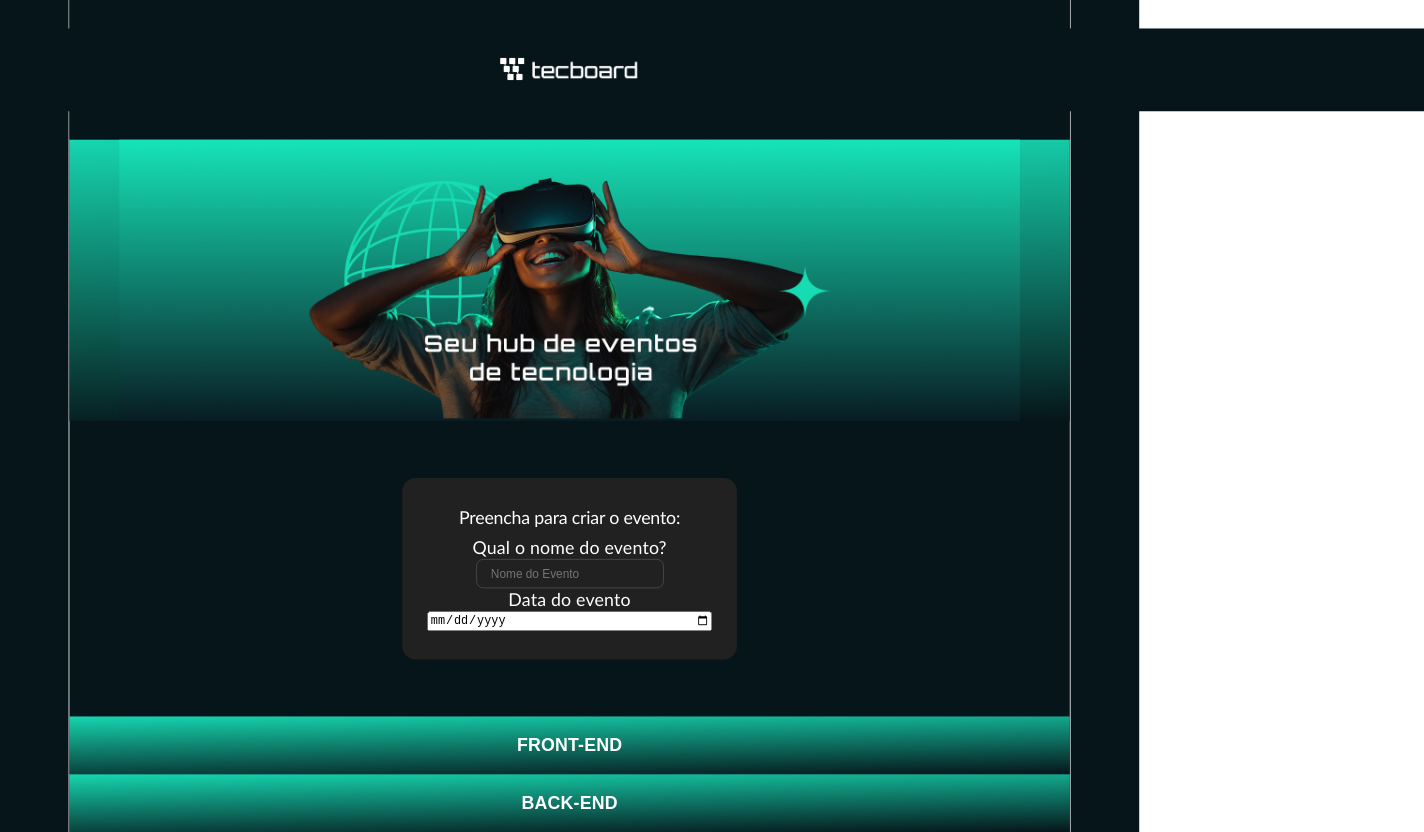
Repository: fernandadev12/techboard
Page: /
An editor plug-in stored every save of this project. The page is shown before and after the next save, followed by the edit.
The browser window is 1280 px wide. The page is 1600 px wide, so the pictures cover 1600 px, including what lies to the right of the window. The pictures show the whole page, at 89% of full size.
The project was rebuilt for these pictures with package versions that can differ from the ones it lists, and the page was loaded fresh each time. Also part of the build but not shown: vite.config.js.

Above is the page before, as saved 2026-06-14 14:52:43.

### index.html
<!doctype html>
<html lang="en">
  <head>
    <meta charset="UTF-8" />
    <link rel="icon" type="image/svg+xml" href="/favicon.svg" />
    <meta name="viewport" content="width=device-width, initial-scale=1.0" />
    <link rel="preconnect" href="https://fonts.googleapis.com" />
    <link rel="preconnect" href="https://fonts.gstatic.com" crossorigin />
    <link
      href="https://fonts.googleapis.com/css2?family=Orbitron:wght@400..900&display=swap"
      rel="stylesheet"
    />
    <title>techboard</title>
  </head>
  <body>
    <div id="root"></div>
    <script type="module" src="/src/main.jsx"></script>
  </body>
</html>

### src/index.css
:root {
  --text: #6b6375;
  --text-h: #08060d;
  --bg: #fff;
  --border: #e5e4e7;
  --code-bg: #f4f3ec;
  --accent: #aa3bff;
  --accent-bg: rgba(170, 59, 255, 0.1);
  --accent-border: rgba(170, 59, 255, 0.5);
  --social-bg: rgba(244, 243, 236, 0.5);
  --shadow:
    rgba(0, 0, 0, 0.1) 0 10px 15px -3px, rgba(0, 0, 0, 0.05) 0 4px 6px -2px;

  --sans: system-ui, "Segoe UI", Roboto, sans-serif;
  --heading: system-ui, "Segoe UI", Roboto, sans-serif;
  --mono: ui-monospace, Consolas, monospace;

  font: 18px/145% var(--sans);
  letter-spacing: 0.18px;
  color-scheme: light dark;
  color: var(--text);
  background: var(--bg);
  font-synthesis: none;
  text-rendering: optimizeLegibility;
  -webkit-font-smoothing: antialiased;
  -moz-osx-font-smoothing: grayscale;

  @media (max-width: 1024px) {
    font-size: 16px;
  }
}

@media (prefers-color-scheme: dark) {
  :root {
    --text: #9ca3af;
    --text-h: #f3f4f6;
    --bg: #16171d;
    --border: #2e303a;
    --code-bg: #1f2028;
    --accent: #c084fc;
    --accent-bg: rgba(192, 132, 252, 0.15);
    --accent-border: rgba(192, 132, 252, 0.5);
    --social-bg: rgba(47, 48, 58, 0.5);
    --shadow:
      rgba(0, 0, 0, 0.4) 0 10px 15px -3px, rgba(0, 0, 0, 0.25) 0 4px 6px -2px;
  }

  #social .button-icon {
    filter: invert(1) brightness(2);
  }
}

body {
  margin: 0;
  background-color: #06151a;
}

#root {
  width: 1126px;
  max-width: 100%;
  margin: 0 auto;
  text-align: center;
  border-inline: 1px solid var(--border);
  min-height: 100svh;
  display: flex;
  flex-direction: column;
  box-sizing: border-box;
}

h1,
h2 {
  font-family: var(--heading);
  font-weight: 500;
  color: var(--text-h);
}

h1 {
  font-size: 56px;
  letter-spacing: -1.68px;
  margin: 32px 0;
  @media (max-width: 1024px) {
    font-size: 36px;
    margin: 20px 0;
  }
}
h2 {
  font-size: 24px;
  line-height: 118%;
  letter-spacing: -0.24px;
  margin: 0 0 8px;
  @media (max-width: 1024px) {
    font-size: 20px;
  }
}
p {
  margin: 0;
}

code,
.counter {
  font-family: var(--mono);
  display: inline-flex;
  border-radius: 4px;
  color: var(--text-h);
}

code {
  font-size: 15px;
  line-height: 135%;
  padding: 4px 8px;
  background: var(--code-bg);
}

### src/App.jsx
import "./App.css";
import { Banner } from "./componentes/Banner";
import { Tema } from "./componentes/Tema";
import { FormularioDeEvento } from "./componentes/FormularioDeEvento";

function App() {
  const temas = [
    {
      id: 1,
      nome: "Front-end",
    },
    {
      id: 2,
      nome: "Back-end",
    },
    {
      id: 3,
      nome: "Mobile",
    },
    {
      id: 4,
      nome: "DevOps",
    },
    {
      id: 5,
      nome: "Inteligência Artificial",
    },
    {
      id: 6,
      nome: "Cloud",
    },
  ];

  return (
    <main>
      <header>
        <img src="/Header.png"></img>
      </header>
      <Banner />
      <FormularioDeEvento />
      <section>
        <Tema tema={temas[0]} />
      </section>
      <section>
        <Tema tema={temas[1]} />
      </section>
    </main>
  );
}

export default App;

### src/App.css
header {
  background-color: #06151a;
  padding: 32px;
  display: flex;
  justify-content: center;
}
section {
  background: linear-gradient(179deg, #16d5af 0%, #06151a);
  display: flex;
  justify-content: center;
}
section img {
  max-width: 90%;
}

.form-evento {
  background-color: #212121;
  padding: 32px 28px;
  border-radius: 15px;
  width: 394px;
  margin: 64px auto;
  max-width: 320px;
}
.hero {
  position: relative;

  .base,
  .framework,
  .vite {
    inset-inline: 0;
    margin: 0 auto;
  }

  .base {
    width: 170px;
    position: relative;
    z-index: 0;
  }

  .framework,
  .vite {
    position: absolute;
  }

  .framework {
    z-index: 1;
    top: 34px;
    height: 28px;
    transform: perspective(2000px) rotateZ(300deg) rotateX(44deg) rotateY(39deg)
      scale(1.4);
  }

  .vite {
    z-index: 0;
    top: 107px;
    height: 26px;
    width: auto;
    transform: perspective(2000px) rotateZ(300deg) rotateX(40deg) rotateY(39deg)
      scale(0.8);
  }
}

#center {
  display: flex;
  flex-direction: column;
  gap: 25px;
  place-content: center;
  place-items: center;
  flex-grow: 1;

  @media (max-width: 1024px) {
    padding: 32px 20px 24px;
    gap: 18px;
  }
}

#next-steps {
  display: flex;
  border-top: 1px solid var(--border);
  text-align: left;

  & > div {
    flex: 1 1 0;
    padding: 32px;
    @media (max-width: 1024px) {
      padding: 24px 20px;
    }
  }

  .icon {
    margin-bottom: 16px;
    width: 22px;
    height: 22px;
  }

  @media (max-width: 1024px) {
    flex-direction: column;
    text-align: center;
  }
}

#docs {
  border-right: 1px solid var(--border);

  @media (max-width: 1024px) {
    border-right: none;
    border-bottom: 1px solid var(--border);
  }
}

#next-steps ul {
  list-style: none;
  padding: 0;
  display: flex;
  gap: 8px;
  margin: 32px 0 0;

  .logo {
    height: 18px;
  }

  a {
    color: var(--text-h);
    font-size: 16px;
    border-radius: 6px;
    background: var(--social-bg);
    display: flex;
    padding: 6px 12px;
    align-items: center;
    gap: 8px;
    text-decoration: none;
    transition: box-shadow 0.3s;

    &:hover {
      box-shadow: var(--shadow);
    }
    .button-icon {
      height: 18px;
      width: 18px;
    }
  }

  @media (max-width: 1024px) {
    margin-top: 20px;
    flex-wrap: wrap;
    justify-content: center;

    li {
      flex: 1 1 calc(50% - 8px);
    }

    a {
      width: 100%;
      justify-content: center;
      box-sizing: border-box;
    }
  }
}

#spacer {
  height: 88px;
  border-top: 1px solid var(--border);
  @media (max-width: 1024px) {
    height: 48px;
  }
}

.ticks {
  position: relative;
  width: 100%;

  &::before,
  &::after {
    content: "";
    position: absolute;
    top: -4.5px;
    border: 5px solid transparent;
  }

  &::before {
    left: 0;
    border-left-color: var(--border);
  }
  &::after {
    right: 0;
    border-right-color: var(--border);
  }
}

### src/componentes/Banner/index.jsx
import "./bannerstyles.css";

export function Banner() {
  return (
    <section className="banner">
      <img src="/Banner.jpg"></img>
    </section>
  );
}

### src/componentes/Tema/index.jsx
import "./temastyles.css";

export function Tema({ tema }) {
  return <h3 className="titulotema">{tema.nome}</h3>;
}

### src/componentes/FormularioDeEvento/index.jsx
import { TituloFormulario } from "../TituloFormulario";
import { CampoFormulario } from "../CampoDeFormulario";
import { LabelFormulario } from "../Label";
import { CampoDeEntrada } from "../CampoDeEntrada";

export function FormularioDeEvento() {
  return (
    <form className="form-evento">
      <TituloFormulario> Preencha para criar o evento:</TituloFormulario>
      <LabelFormulario htmlFor="nome">Qual o nome do evento?</LabelFormulario>
      <CampoDeEntrada
        type="text"
        id="nome"
        placeholder="Nome do Evento"
        name="nomeEvento"
      />
      <br></br>
      <LabelFormulario htmlFor="dataEvento">Data do evento</LabelFormulario>
      <CampoFormulario>
        <input type="date" id="dataEvento" name="dataEvento" />
      </CampoFormulario>
    </form>
  );
}

### src/componentes/Banner/bannerstyles.css
.banner {
  background: linear-gradient(179deg, #16d5af 0%, #06151a);
  display: flex;
  justify-content: center;
}

.banner img {
  max-width: 90%;
}

### src/componentes/Tema/temastyles.css
.titulotema {
  color: #fff;
  font-family: "Orbiton", sans-serif;
  font-weight: 600;
  font-size: 20px;
  line-height: 125%;
  letter-spacing: 10%;
  vertical-align: middle;
  text-transform: uppercase;
}

### src/componentes/TituloFormulario/index.jsx
import "./titulostyle.css";

// export function TituloFormulario() {
//   return <h3 class="tituloform">Preencha para criar um evento:</h3>;
// }
export function TituloFormulario({ children }) {
  return <h2 className="tituloform">{children}</h2>;
}

### src/componentes/CampoDeFormulario/index.jsx
import "./campoformestyles.css";

export function CampoFormulario({ children }) {
  return <fieldset className="campoform">{children}</fieldset>;
}

### src/componentes/Label/index.jsx
import "./labelstyles.css";

export function LabelFormulario({ children, htmlFor }) {
  return (
    <label className="label" htmlFor={htmlFor}>
      {children}
    </label>
  );
}

### src/componentes/CampoDeEntrada/index.jsx
import "./campoentradastyles.css";

export function CampoDeEntrada(props) {
  return <input className="campoformularioinput" {...props} />;
}

### src/componentes/TituloFormulario/titulostyle.css
.tituloform {
  font-family:
    "Trebuchet MS", "Lucida Sans Unicode", "Lucida Grande", "Lucida Sans",
    Arial, sans-serif;
  font-weight: 400;
  font-size: 20px;
  line-height: 125%;
  color: #fff;
}

### src/componentes/CampoDeFormulario/campoformestyles.css
.campoform {
  display: flex;
  flex-direction: column;
  gap: 8px;
  border: none;
  padding: 0;
  margin: 0;
}

### src/componentes/Label/labelstyles.css
.label {
  font-family:
    "Trebuchet MS", "Lucida Sans Unicode", "Lucida Grande", "Lucida Sans",
    Arial, sans-serif;
  font-weight: 400;
  font-size: 20px;
  line-height: 125%;
  color: #fff;
}

### src/componentes/CampoDeEntrada/campoentradastyles.css
.campoformularioinput {
  border-radius: 8px;
  background-color: transparent;
  border: 1px solid #4a4949;
  color: #fff;
  padding: 8px 16px;
}

.campoformularioinput:placeholder {
  color: #4a4949;
}

Loaded but not shown: src/main.jsx (common file)

After the next save:
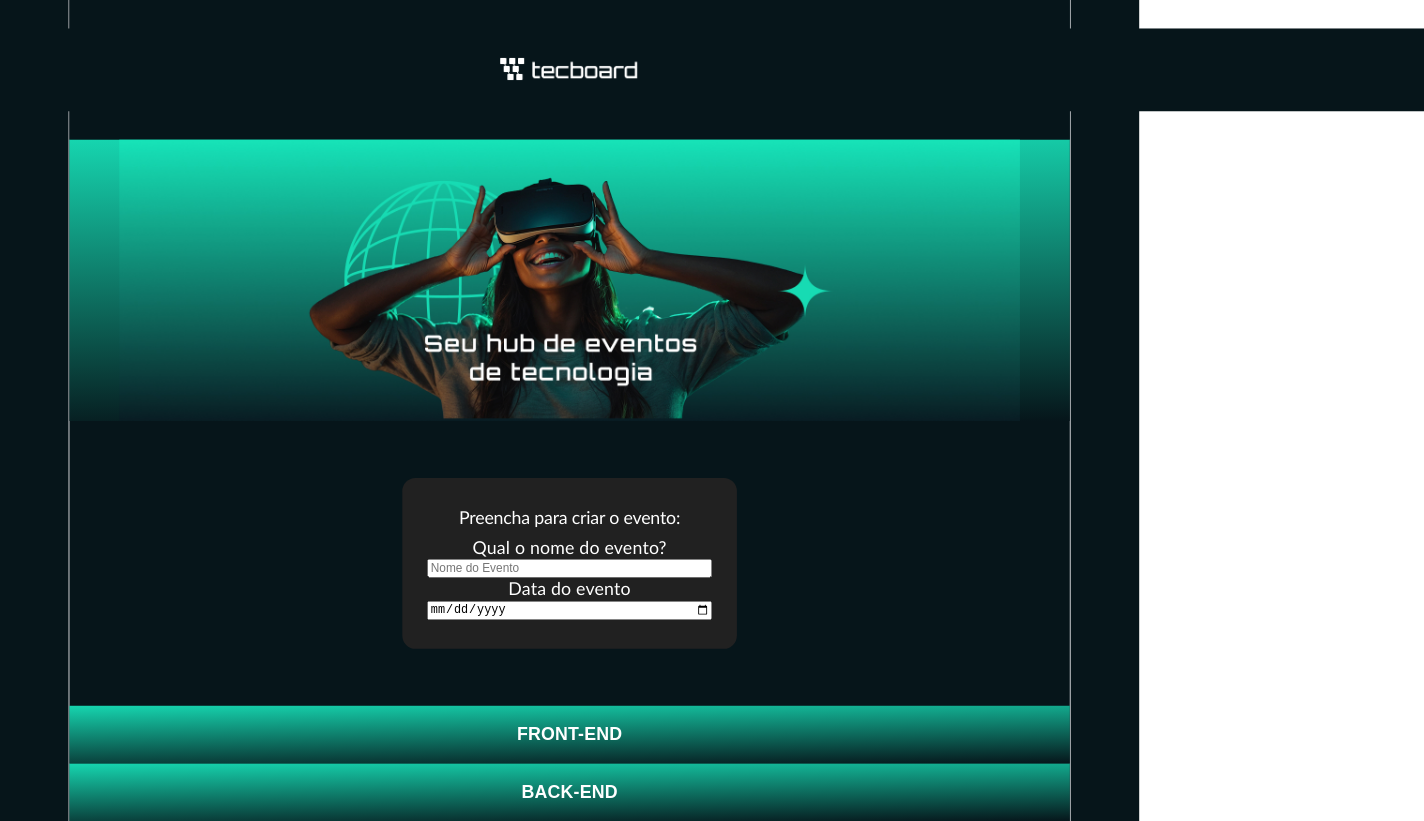
Saved 49 s later.
--- a/src/componentes/FormularioDeEvento/index.jsx
+++ b/src/componentes/FormularioDeEvento/index.jsx
@@ -8,13 +8,15 @@
     <form className="form-evento">
       <TituloFormulario> Preencha para criar o evento:</TituloFormulario>
       <LabelFormulario htmlFor="nome">Qual o nome do evento?</LabelFormulario>
-      <CampoDeEntrada
-        type="text"
-        id="nome"
-        placeholder="Nome do Evento"
-        name="nomeEvento"
-      />
-      <br></br>
+      <CampoFormulario>
+        <input
+          type="text"
+          id="nome"
+          placeholder="Nome do Evento"
+          name="nomeEvento"
+        />
+      </CampoFormulario>
+
       <LabelFormulario htmlFor="dataEvento">Data do evento</LabelFormulario>
       <CampoFormulario>
         <input type="date" id="dataEvento" name="dataEvento" />
